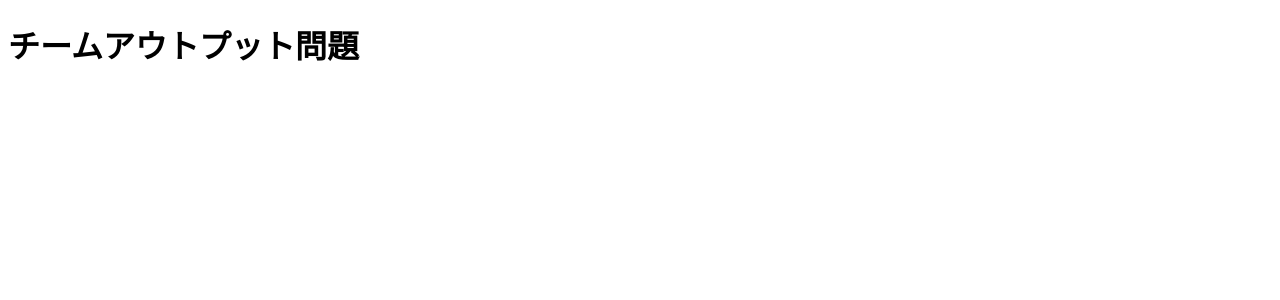
Repository: m-mao/firsa_app
Page: html_css/output_htmcss/output1.html
The author's editor kept a record of every edit. The page is drawn from the files as they stood at one moment, then again after the next edit.
The browser window is 1280 px wide. The pictures show the whole page.

Above is the page before.

After the next edit:
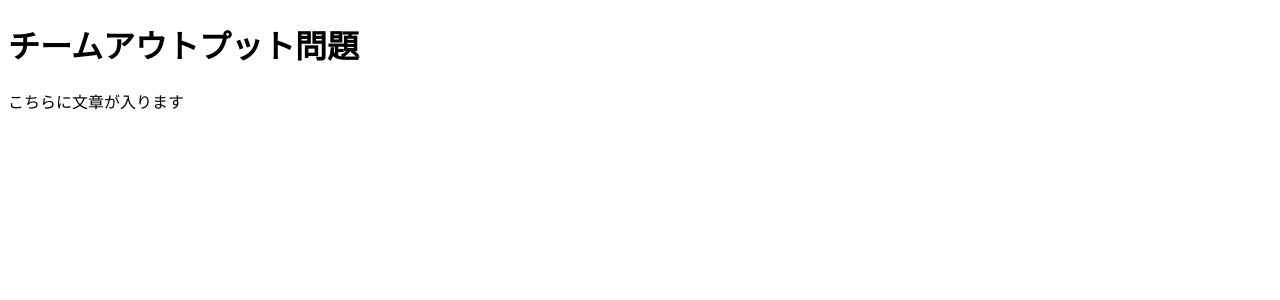
The edit:
--- a/html_css/output_htmcss/output1.html
+++ b/html_css/output_htmcss/output1.html
@@ -8,7 +8,7 @@
             チームアウトプット問題
         </h1>
         <p>
-
+            こちらに文章が入ります
         </p>
     </body>
 </html>
